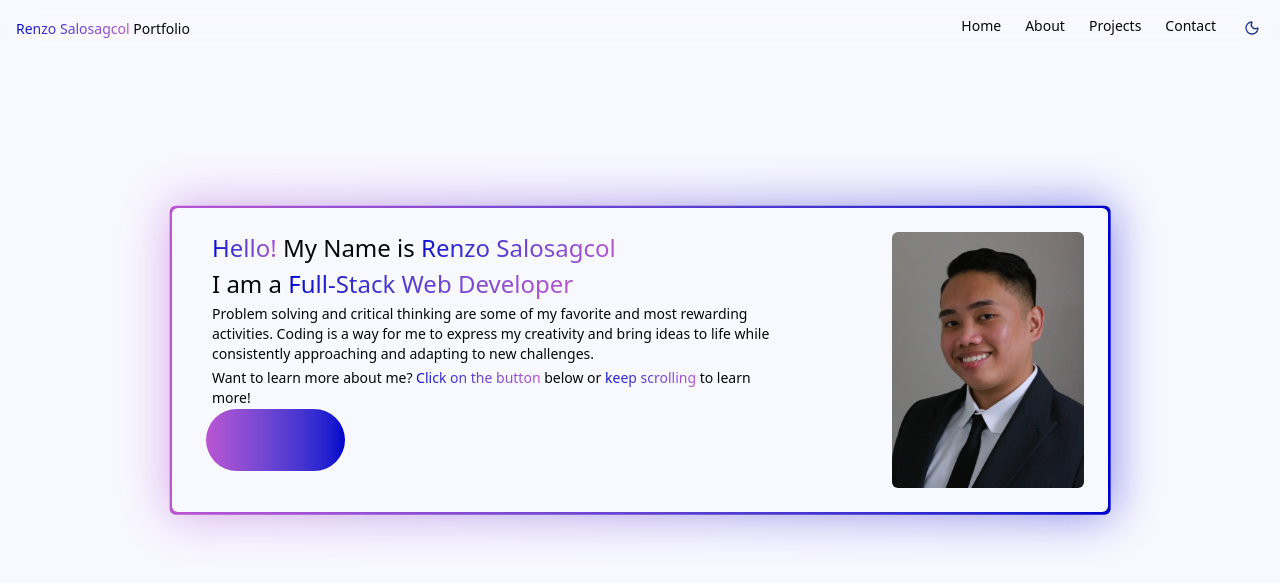
Repository: Renzo-Salosagcol/Updated_Personal_Portfolio
Page: /
These files come from the project's save history. The page is drawn as it stood at one moment and after the next save; the edit follows.
The browser window is 1280 px wide. The pictures show the whole page.
The project was rebuilt for these pictures with package versions that can differ from the ones it lists, and the page was loaded fresh each time. Also part of the build but not shown: vite.config.js, src/pages/NotFound.jsx.

Above is the page before, as saved 2025-10-09 20:26:59.

### index.html
<!doctype html>
<html lang="en">
  <head>
    <meta charset="UTF-8" />
    <link rel="icon" type="image/svg+xml" href="/vite.svg" />
    <meta name="viewport" content="width=device-width, initial-scale=1.0" />
    <title>updated-personal-portfolio</title>
  </head>
  <body>
    <div id="root"></div>
    <script type="module" src="/src/main.jsx"></script>
  </body>
</html>

### src/index.css
@import "tailwindcss";

@theme {
  --color-background: var(--background);
  --color-foreground: var(--foreground);

  --color-primary: var(--primary);
  --color-secondary: var(--secondary);

  --animate-fade-in: fade-in 1s ease-in forwards;
}

@layer base {
  /* Light Theme */
  :root {
    --background: #f8f8ff; /* Ghost White */
    --foreground: #080808; /* Vampire Black */

    --primary: #0000cd; /* Medium Blue */
    --secondary: #ba55d3; /* Medium Orchid */
  }

  /* Dark Theme */
  .dark {
    --background: #080808; /* Vampire Black */
    --foreground: #f8f8ff; /* Ghost White */

    --primary: #ff0800; /* Candy Apple Red */
    --secondary: #fefc22; /* Laser Lemon */
  }

  html {
    @apply scroll-smooth;
  }

  body {
    @apply bg-background text-foreground transition-colors duration-300;
  }
}

@property --gradient-angle {
  syntax: "<angle>";
  initial-value: 0deg;
  inherits: false;
}

@keyframes spin {
  from {
    --gradient-angle: 0deg;
  }
  to {
    --gradient-angle: 360deg;
  }
}

@keyframes fade-in {
  0% {
    opacity: 0;
    transform: translateY(20px);
  }
  100% {
    opacity: 1;
    transform: translateY(0);
  }
}

@utility container {
  margin-inline: auto;
  padding-inline: 1rem;
}

@utility after-gradient-border {
  @apply absolute h-[101.5%] w-[100.5%] top-1/2 left-1/2 -translate-x-1/2 -translate-y-1/2 rounded-md -z-10 bg-gradient-to-l from-primary to-secondary;
  content: '';
  /* animation: 3s spin linear infinite; */
}

@utility before-gradient-border {
  @apply after-gradient-border;
  filter: blur(1.5rem);
  opacity: 0.5;
}

@utility after-gradient-button {
  @apply absolute h-[110%] w-[110%] rounded-full bg-gradient-to-l from-primary to-secondary z-0;
}

@utility gradient-text {
  @apply text-transparent bg-clip-text bg-gradient-to-r from-primary to-secondary transition-colors duration-300;
}

@utility gradient-button {
  @apply relative flex justify-center items-center rounded-full py-[1em] px-[2em] bg-background z-1 border-none gradient-text hover:cursor-pointer after:after-gradient-button
}

@utility gradient-border {
  @apply after:after-gradient-border before:before-gradient-border
}

@utility glassmorphism {
  @apply bg-background/30 backdrop-blur-lg
}

### src/App.jsx
import { BrowserRouter, Routes, Route } from "react-router-dom"
import { Home } from "./pages/Home"
import { NotFound } from "./pages/NotFound"

function App() {
  return (
    <BrowserRouter>
      <Routes>
        <Route path="/" element={<Home />} />
        <Route path="*" element={<NotFound />} />
      </Routes>
    </BrowserRouter>
  )
}

export default App

### src/pages/Home.jsx
import { Background } from "../components/Background"
import { Navbar } from "../components/Navbar"
import { Hero } from "../components/Hero"

export const Home = () => {
  return (
    <div id="home" className="w-full h-screen">
      {/* Background */}
      <Background />


      {/* Navbar */}
      <Navbar />

      {/* Main */}
      <Hero />

      {/* Footer */}
    </div>
  )
}

### src/components/Background.jsx


export const Background = () => {
  return (
    <div className="fixed inset-0 overflow-hidden pointer-events-none -z-40 bg-background w-screen h-screen">
    </div>
  )
}

### src/components/Navbar.jsx
import { ThemeToggle } from './ThemeToggle'

const items = [
  { name: 'Home', href: '#home' },
  { name: 'About', href: '#about' },
  { name: 'Projects', href: '#projects' },
  { name: 'Contact', href: '#contact' },
]

export const Navbar = () => {
  return (
    <nav className="fixed top-0 left-0 w-full p-2 flex items-center justify-between glassmorphism z-40 text-sm md:text-md text-foreground">
      <a href="#home" className="p-2"><span className="gradient-text">Renzo Salosagcol</span> Portfolio</a>
      <ul className="flex gap-6 p-2">
        {items.map(item => (
          <li key={item.name}
            className="hover:gradient-text transition-all duration-300 relative">
            <a href={item.href}>{item.name}</a>
          </li>
        ))}
        <li><ThemeToggle /></li>
      </ul>
    </nav>
  )
}

### src/components/Hero.jsx


export const Hero = () => {
  return (
    <main className="relative min-h-screen flex items-center justify-center max-w-10/12 rounded-md container z-0">
      <div className="z-0 relative gradient-border opacity-0 animate-fade-in">
        <div className="w-full h-full relative container flex justify-between gap-6 rounded-md p-6 bg-background">
          <div className="container flex flex-col gap-1">
            <h1 className="text-lg md:text-xl lg:text-2xl">
              <span className="gradient-text">Hello! </span>
              My Name is
              <span className="gradient-text"> Renzo Salosagcol</span>
            </h1>
            <h1 className="text-lg md:text-xl lg:text-2xl">I am a <span className="gradient-text">Full-Stack Web Developer</span></h1>
            <h3 className="w-md md:w-lg lg:w-xl text-sm">Problem solving and critical thinking are some of my favorite and most rewarding activities. Coding is a way for me to express my creativity and bring ideas to life while consistently approaching and adapting to new challenges.</h3>
            <h3 className="w-md md:w-lg lg:w-xl text-sm">Want to learn more about me?
              <span className="gradient-text"> Click on the button</span> below or
              <span className="gradient-text"> keep scrolling</span> to learn more!
            </h3>
            <a
              href="#about"
            >
              <button className="gradient-button">
              Click Me
            </button>
            </a>
          </div>
          <div>
            <img
            src="../../headshot.jpeg"
            alt="Headshot Photo"
            className="rounded-md w-64 h-64 object-cover"
            />
          </div>
      </div>
      </div>
    </main>
  )
}

### src/components/ThemeToggle.jsx
import { useState, useEffect } from "react"
import { Sun, Moon } from "lucide-react"

export const ThemeToggle = () => {
  const [isDark, setIsDark] = useState(false)

  useEffect(() => {
    const theme = localStorage.getItem("theme")
    if (theme) {
      setIsDark(theme === "dark")
      document.documentElement.classList.toggle("dark", theme === "dark")
    }
  }, [])

  const toggleTheme = () => {
    setIsDark(!isDark)
    document.documentElement.classList.toggle("dark", !isDark)
    localStorage.setItem("theme", !isDark ? "dark" : "light")
  }

  return (
    <button
      onClick={toggleTheme}
      className="max-sm:hidden p-1 z-50 rounded-full transition-color duration-300 focus:outline-hidden hover:cursor-pointer"
    >
      {isDark ? (
        <Sun className="h-4 w-4 text-yellow-300" />
      ) : (
        <Moon className="h-4 w-4 text-blue-900" />
      )}
    </button>

  )
}

Loaded but not shown: src/main.jsx (common file)

After the next save:
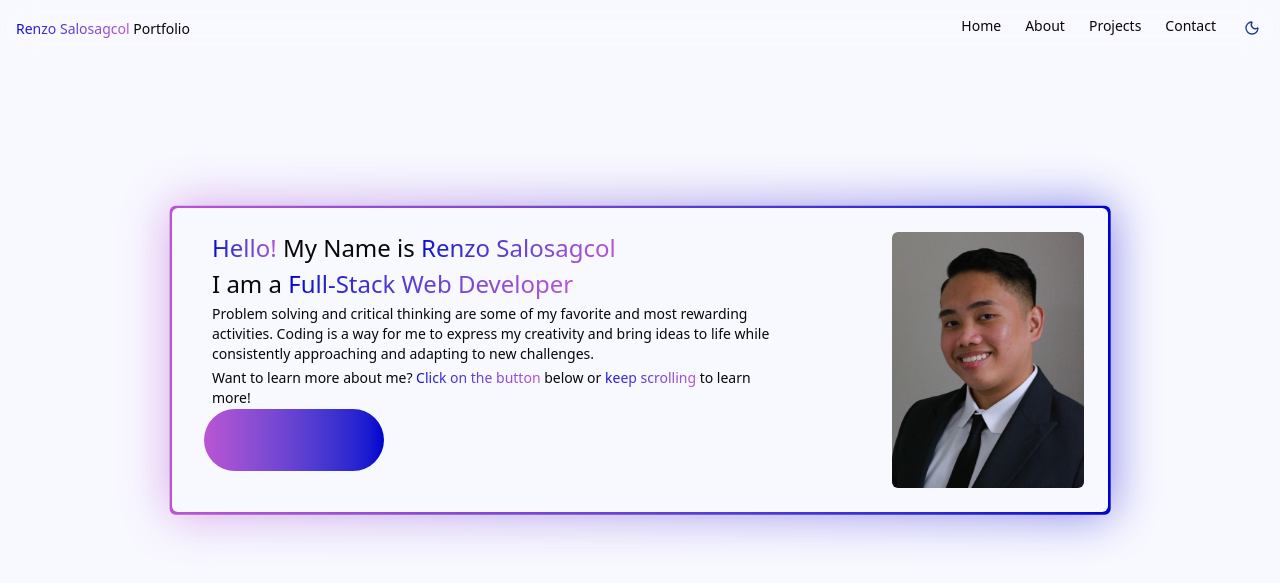
Saved 59 s later.
--- a/src/components/Hero.jsx
+++ b/src/components/Hero.jsx
@@ -21,7 +21,7 @@ export const Hero = () => {
               href="#about"
             >
               <button className="gradient-button">
-              Click Me
+              Learn more...
             </button>
             </a>
           </div>
